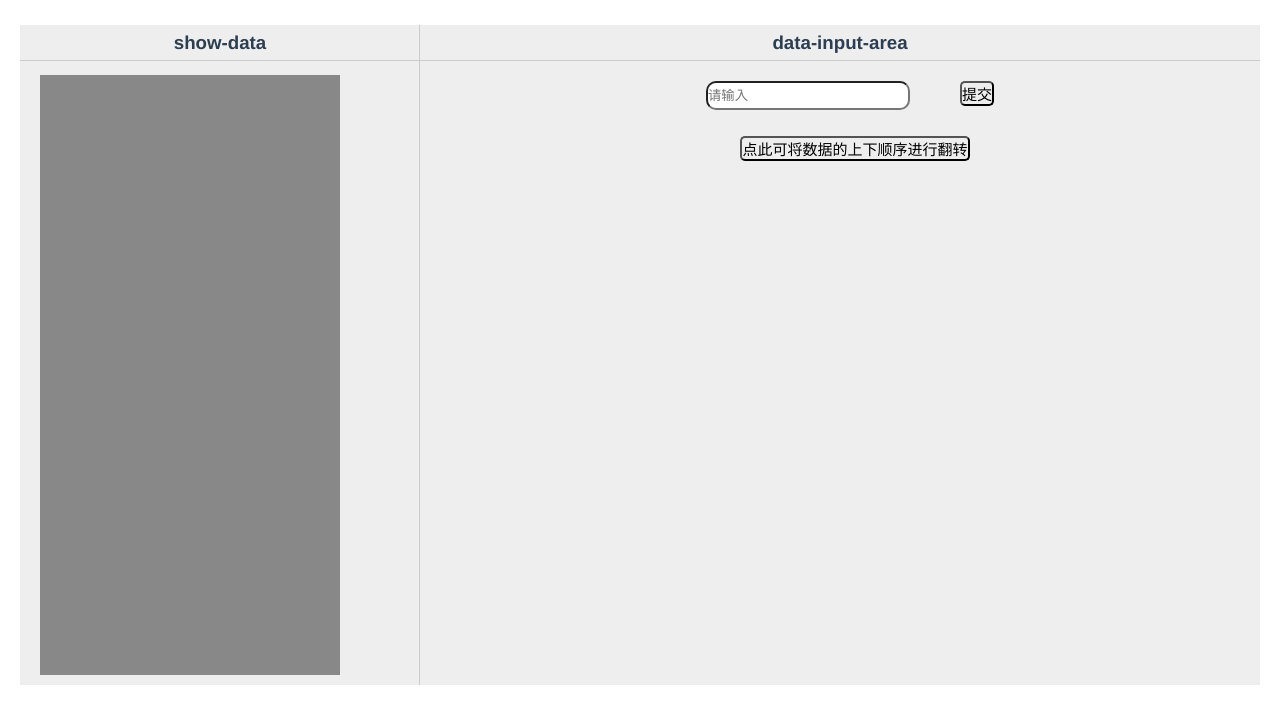
Repository: z-xy-git/demofirst
Page: /home/reverseShowData
These files come from the project's save history. The page is drawn as it stood at one moment and after the next save; the edit follows.
The browser window is 1280 px wide. The pictures show the whole page.
The project was rebuilt for these pictures with package versions that can differ from the ones it lists, and the page was loaded fresh each time.

Above is the page before, as saved 2021-03-01 11:58:00.

After the next save:
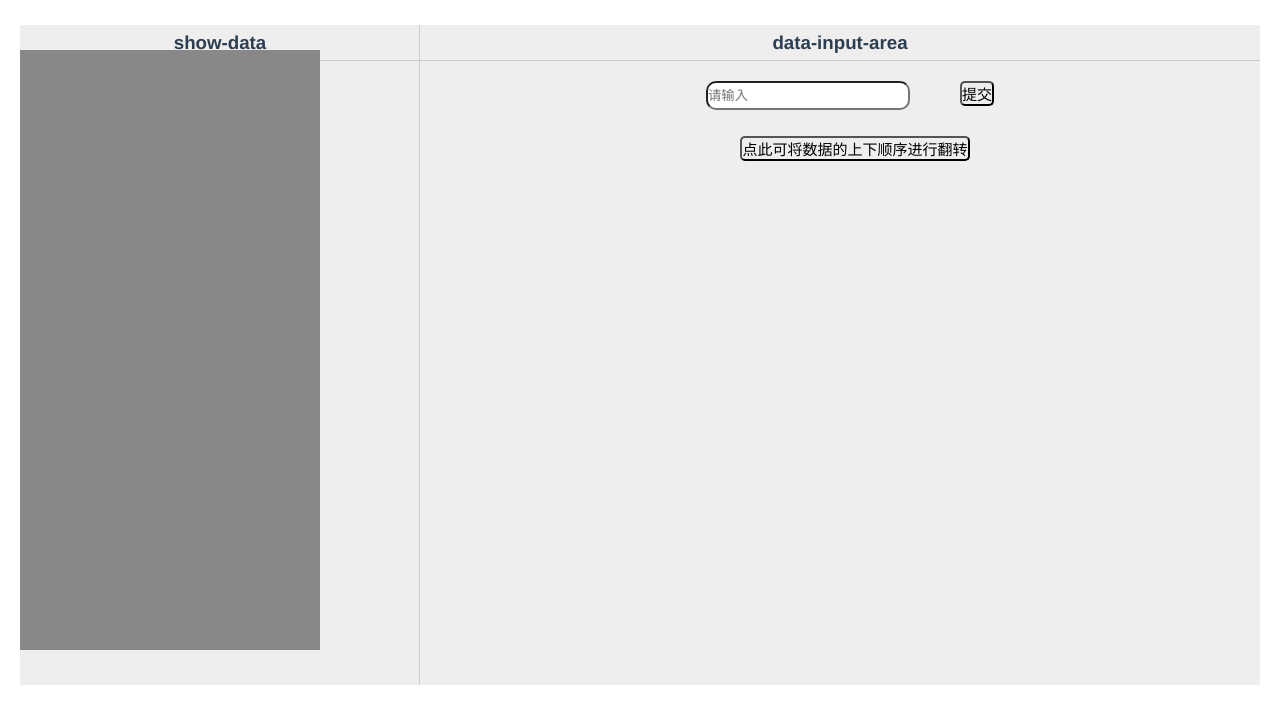
Saved 13 s later.
--- a/src/views/Home.vue
+++ b/src/views/Home.vue
@@ -2,8 +2,8 @@
   <div class="home">
     <div class="left">
       <div class="left-top"><h3>show-data</h3></div>
-      <router-view/>
     </div>
+    <router-view/>
     <div class="right">
       <div class="right-title"><h3>data-input-area</h3></div>
       <div class="right-input">
